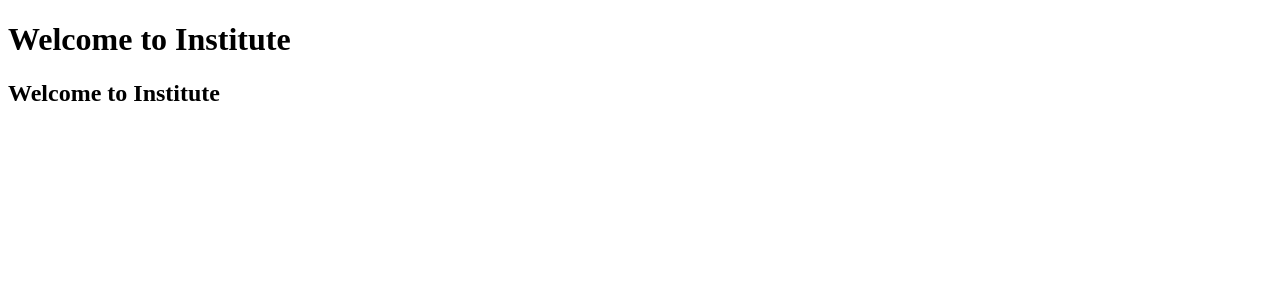
Repository: Mahesh512001/Gitdemo
Page: index.html
An editor plug-in stored every save of this project. The page is shown before and after a run of saves, followed by the edit.
The browser window is 1280 px wide. The pictures show the whole page.

Above is the page before, as saved 2025-08-28 00:02:51.

### index.html
<!DOCTYPE html>
<html lang="en">
<head>
  <meta charset="UTF-8">
  <meta name="viewport" content="width=device-width, initial-scale=1.0">
  <title>this is my first git project</title>
</head>
<body>
<!-- 28_08_2025 -->
 <h1>Welcome to Institute</h1>
 <h2>Welcome to Institute</h2>
 <h3></h3>
 <h4></h4>
 <h5></h5>
 <h6></h6>
</body>
</html>

After the next 4 saves:
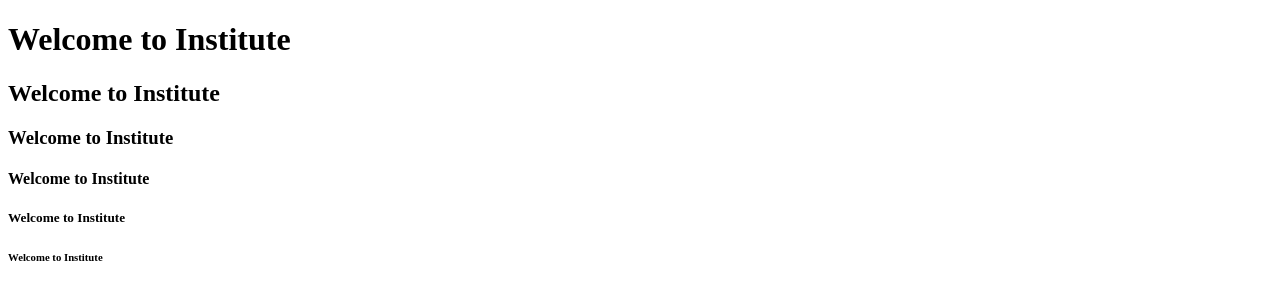
The 4 saves are shown as one change because they came seconds apart.
The last was saved 24 s later.
--- a/index.html
+++ b/index.html
@@ -9,9 +9,9 @@
 <!-- 28_08_2025 -->
  <h1>Welcome to Institute</h1>
  <h2>Welcome to Institute</h2>
- <h3></h3>
- <h4></h4>
- <h5></h5>
- <h6></h6>
+ <h3>Welcome to Institute</h3>
+ <h4>Welcome to Institute</h4>
+ <h5>Welcome to Institute</h5>
+ <h6>Welcome to Institute</h6>
 </body>
 </html>
